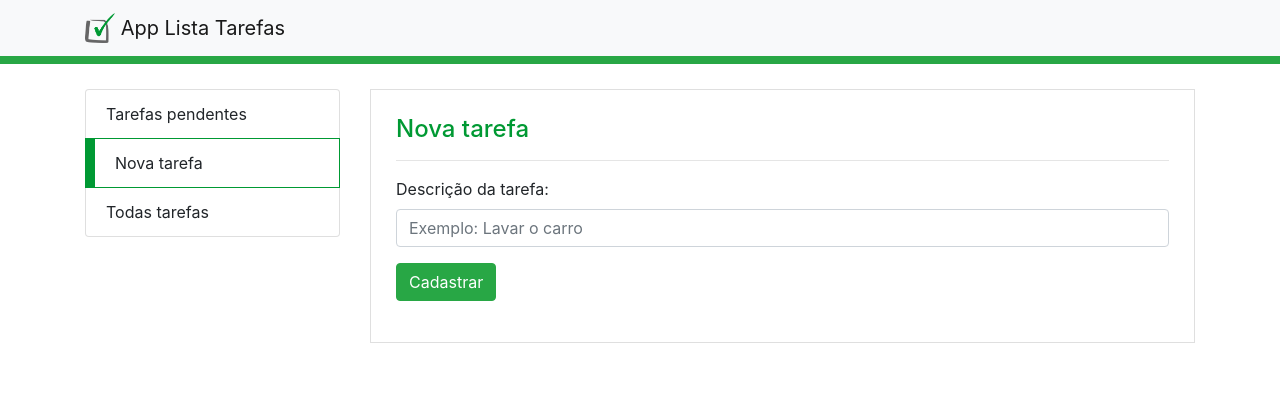
Repository: FredeRibeiro/htdocs-Desenvolvimento-Web-Completo-2019
Page: http://localhost/nova_tarefa.php
The author's editor kept a copy of each file at every save. The page is drawn from the files as they stood at one save, then again after the next save.
The browser window is 1280 px wide. The pictures show the whole page.
Some web libraries are served in a nearby version. The page is run by PHP 8.4 with error messages shown; the project is at /var/www/html/.

Above is the page before, as saved 2019-10-21 13:41:35.

### app_lista_tarefas_public/nova_tarefa.php
<html>

<head>
	<meta charset="utf-8" />
	<meta name="viewport" content="width=device-width, initial-scale=1">
	<title>App Lista Tarefas</title>

	<link rel="stylesheet" href="css/estilo.css">
	<link rel="stylesheet" href="https://stackpath.bootstrapcdn.com/bootstrap/4.1.3/css/bootstrap.min.css" integrity="sha384-MCw98/SFnGE8fJT3GXwEOngsV7Zt27NXFoaoApmYm81iuXoPkFOJwJ8ERdknLPMO" crossorigin="anonymous">
	<link rel="stylesheet" href="https://use.fontawesome.com/releases/v5.3.1/css/all.css" integrity="sha384-mzrmE5qonljUremFsqc01SB46JvROS7bZs3IO2EmfFsd15uHvIt+Y8vEf7N7fWAU" crossorigin="anonymous">
</head>

<body>
	<nav class="navbar navbar-light bg-light">
		<div class="container">
			<a class="navbar-brand" href="#">
				<img src="img/logo.png" width="30" height="30" class="d-inline-block align-top" alt="">
				App Lista Tarefas
			</a>
		</div>
	</nav>

	<div class="bg-success pt-2 text-white d-flex justify-content-center">

	</div>

	<div class="container app">
		<div class="row">
			<div class="col-md-3 menu">
				<ul class="list-group">
					<li class="list-group-item"><a href="index.php">Tarefas pendentes</a></li>
					<li class="list-group-item active"><a href="#">Nova tarefa</a></li>
					<li class="list-group-item"><a href="todas_tarefas.php">Todas tarefas</a></li>
				</ul>
			</div>

			<div class="col-md-9">
				<div class="container pagina">
					<div class="row">
						<div class="col">
							<h4>Nova tarefa</h4>
							<hr />

							<form method="post" action="tarefa_controller.php">
								<div class="form-group">
									<label>Descrição da tarefa:</label>
									<input name="tarefa" type="text" class="form-control" placeholder="Exemplo: Lavar o carro">
								</div>

								<button class="btn btn-success">Cadastrar</button>
							</form>
						</div>
					</div>
				</div>
			</div>
		</div>
	</div>
</body>

</html>

Loaded but not shown: app_lista_tarefas_public/css/estilo.css (common file)

After the next save:
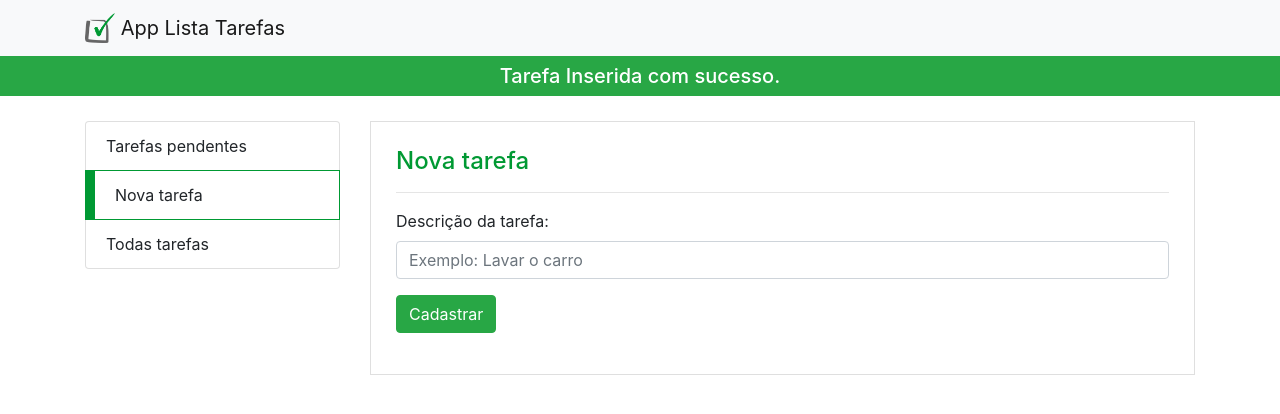
Saved 20 s later.
--- a/app_lista_tarefas_public/nova_tarefa.php
+++ b/app_lista_tarefas_public/nova_tarefa.php
@@ -21,7 +21,7 @@
 	</nav>
 
 	<div class="bg-success pt-2 text-white d-flex justify-content-center">
-
+		<h5>Tarefa Inserida com sucesso.</h5>
 	</div>
 
 	<div class="container app">
